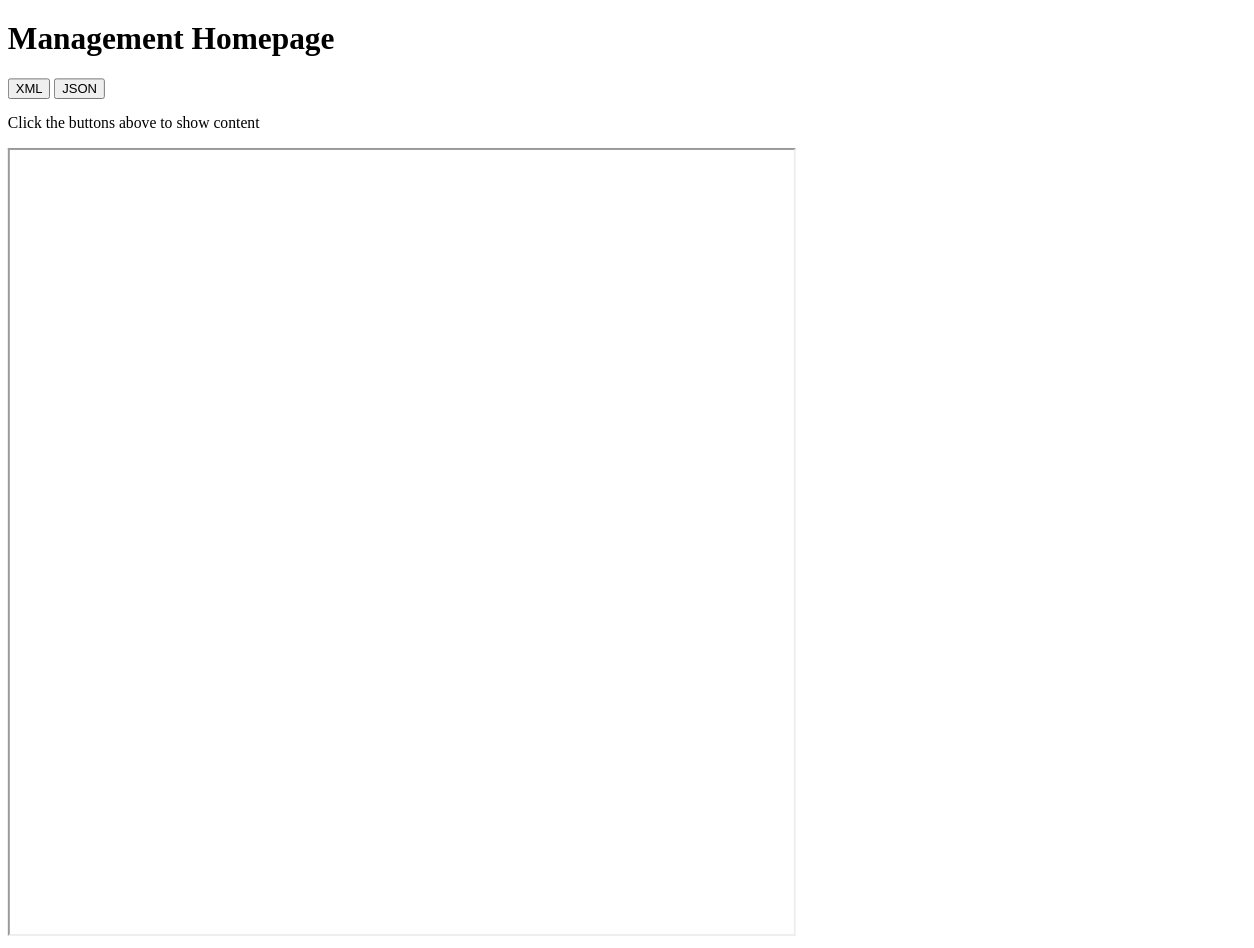
Repository: infsci2560sp16/full-stack-web-project-navis09
Page: hello/WebContent/index.html
The author's editor kept a copy of each file at every save. The page is drawn from the files as they stood at one save, then again after the next save.
The browser window is 1280 px wide. The pictures show the whole page, at 98% of full size.

Above is the page before, as saved 2016-03-30 23:02:39.

### hello/WebContent/index.html
<!DOCTYPE html>
<html>
<head>
<meta charset="UTF-8">
<title>Management Homepage</title>
<script>
	function setXML(){
		document.getElementById("content").innerHTML=
			"This is the link to a seperate webpage "+"<a href='http://localhost:8080/hello/rest/BookResource/XML'>XML</a>";
		document.getElementById("source").src="http://localhost:8080/hello/rest/BookResource/XML";
	}
	function setJSON(){
		document.getElementById("content").innerHTML=
			"This is the link to a seperate webpage "+"<a href='http://localhost:8080/hello/rest/BookResource/JSON'>JSON</a>";
		document.getElementById("source").src="http://localhost:8080/hello/rest/BookResource/JSON";
	}
</script>

</head>
<body>
<h1>Management Homepage</h1>


	<button onclick = "setXML()">XML</button>
	<button onclick = "setJSON()">JSON</button>
	<p>Click the buttons above to show content</p>
	<p id="content">

    </p>
    <iframe id="source" src="" border="0" width="800" height="800"></iframe>


</body>
</html>

After the next save:
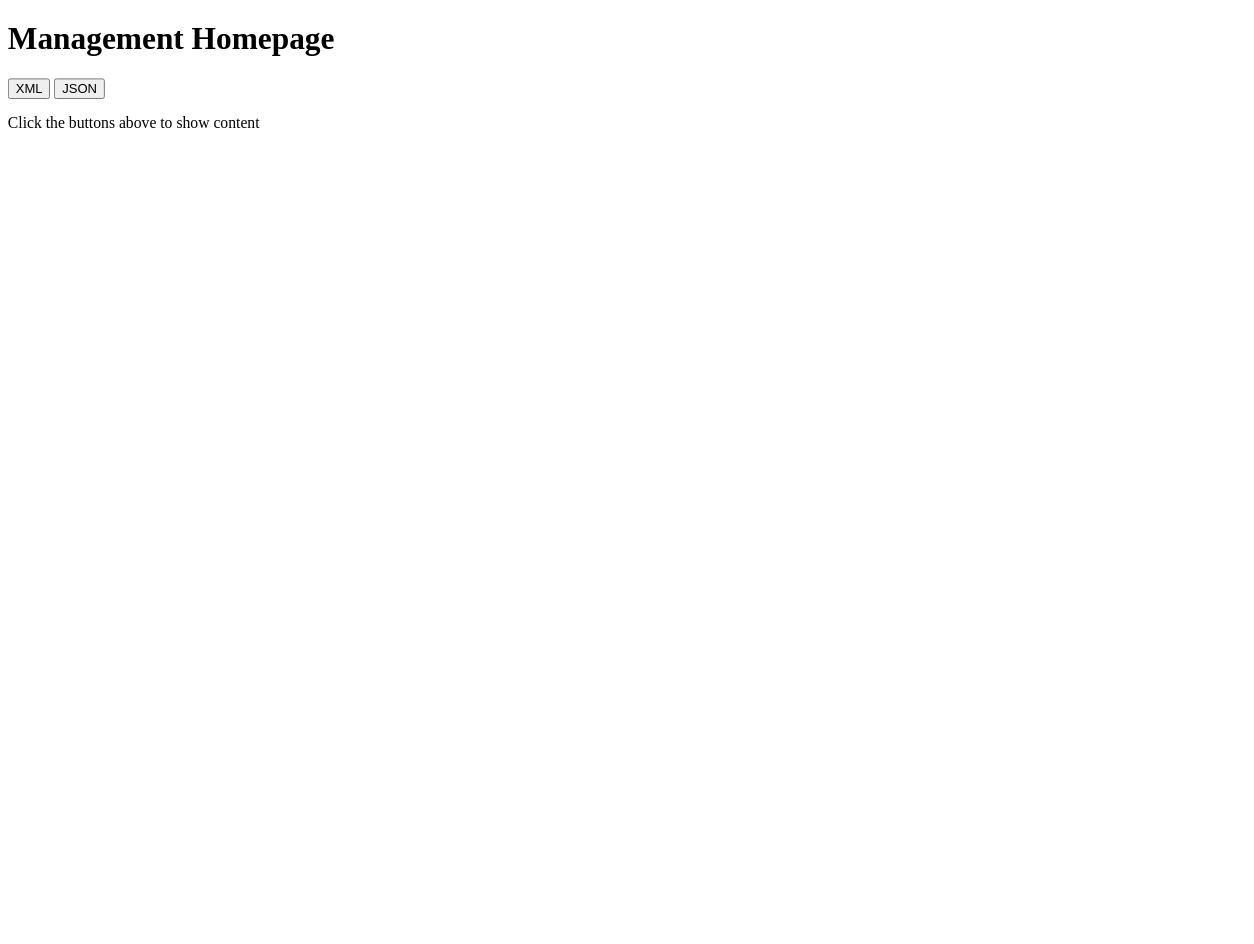
Saved 54 s later.
--- a/hello/WebContent/index.html
+++ b/hello/WebContent/index.html
@@ -27,7 +27,7 @@
 	<p id="content">
 
     </p>
-    <iframe id="source" src="" border="0" width="800" height="800"></iframe>
+    <iframe id="source" src="" frameborder="0" width="800" height="800"></iframe>
 
 
 </body>
